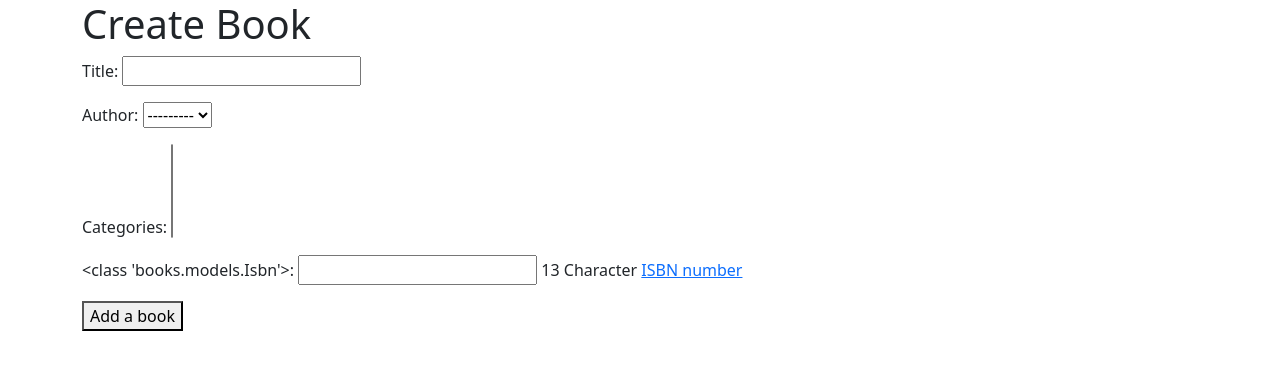
Repository: RaghdaMadiane/django
Page: http://localhost/books/create
An editor plug-in stored every save of this project. The page is shown before and after the next save, followed by the edit.
The browser window is 1280 px wide. The pictures show the whole page.
The page is served by the project's application, run on Django 3.2 (manage.py). Queries for data that is not in the repository find no rows.

Above is the page before, as saved 2021-04-22 14:35:01.

After the next save:
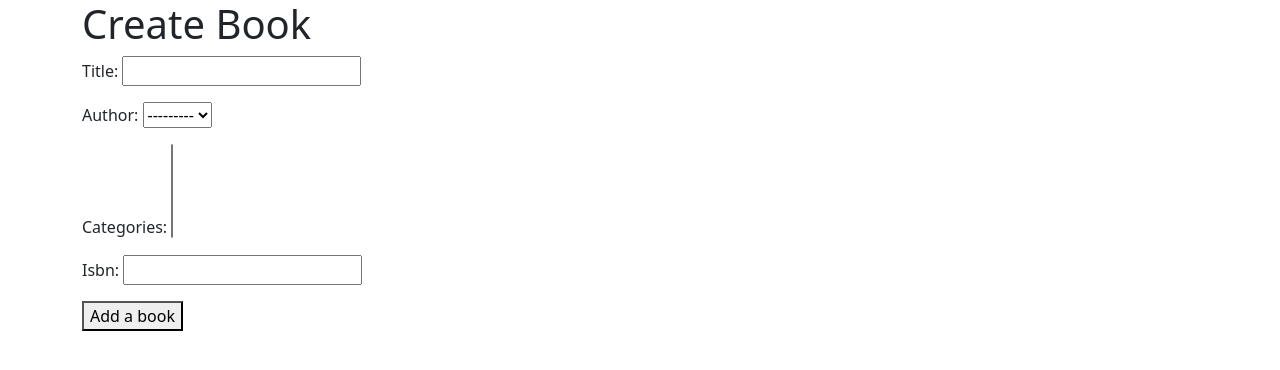
Saved 2 min 50 s later.
--- a/books/models.py
+++ b/books/models.py
@@ -23,8 +23,7 @@ class Book(models.Model):
     author=models.CharField(max_length=100)
     author=models.ForeignKey(User,null=True,on_delete=models.CASCADE,related_name="Book")
     categories=models.ManyToManyField(Category)
-    isbn = models.CharField(Isbn,max_length=13,null=True,unique=True,help_text='13 Character <a href="https://www.isbn-international.org/content/what-isbn'
-                                      '">ISBN number</a>')
+    isbn = models.CharField(unique=True, primary_key=True, max_length=5)
 
 
     def __str__(self):
